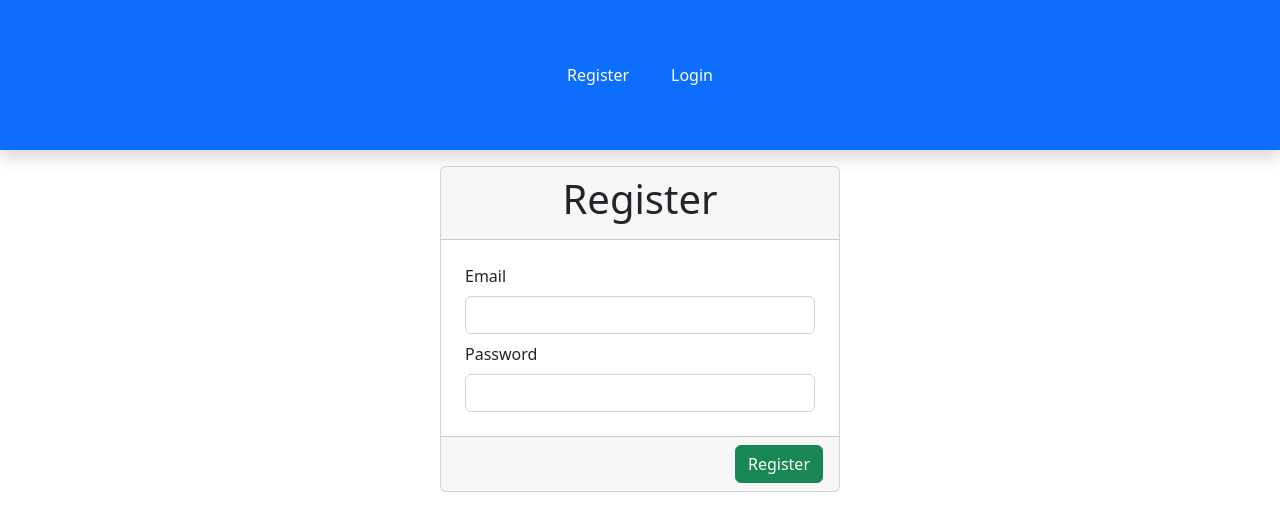
Repository: loveleii/firebase-login-logout
Page: /
The author's editor kept a copy of each file at every save. The page is drawn from the files as they stood at one save, then again after the next save.
The browser window is 1280 px wide. The pictures show the whole page.
The project was rebuilt for these pictures with package versions that can differ from the ones it lists, and the page was loaded fresh each time. Also part of the build but not shown: vite.config.ts, src/views/loginView.vue, src/assets/main.css.

Above is the page before, as saved 2023-03-04 19:43:47.

### src/main.js
import { createApp } from 'vue'
import { createPinia } from 'pinia'

import App from './App.vue'
import router from './router'
import "bootstrap/dist/css/bootstrap.min.css"
import bootstrap from "bootstrap/dist/js/bootstrap.bundle.js"

import './assets/main.css'

const app = createApp(App)

app.use(createPinia())
app.use(router)

app.mount('#app')

### src/App.vue
<script setup lang="ts">
import { RouterLink, RouterView } from 'vue-router'

</script>

<template>
  <div>
        <header class="bg-primary p-5 shadow">
            <div class="container_header">
                <div class="d-flex">
                    <RouterLink to="/" style="text-decoration: none;"><text class="text-white m-2 btn btn-primary">Register</text></RouterLink>
                    <RouterLink to="/login" style="text-decoration: none;"><text class="text-white m-2 btn btn-primary">Login</text></RouterLink>
                </div>
            </div>
        </header>
    </div>
    <div class="center_container m-3 rounded text-center">
      <RouterView />
    </div>

</template>

<style>
.container_header{
  display: grid;
  place-content: center;
}
.center_container{
  display: grid;
  place-content: center;
}

</style>

### src/router/index.js
import { createRouter, createWebHistory } from 'vue-router'
import registerView from '../views/registerView.vue'
import loginView from '../views/loginView.vue'

const router = createRouter({
  history: createWebHistory(import.meta.env.BASE_URL),
  routes: [
    {
      path: '/',
      name: 'reg',
      component: registerView
    },
    {
      path: '/login',
      name: 'log',
      component: loginView
    },

  ]
})

export default router

### src/views/registerView.vue
<template>
    <div class="card">
        <div class="card-header">
            <h1>Register</h1>
        </div>
        <div class="card-body float-left">
            <div class="form-group m-2">
                <label for="" class="form-label float-start">Email</label>
                <input type="text" name="" id="" class="form-control">
            </div>

            <div class="form-group m-2">
                <label for="" class="form-label float-start">Password</label>
                <input type="text" name="" id="" class="form-control">
            </div>

        </div>
        <div class="card-footer">
            <div class="form-group float-end">
                <button class="btn btn-success">Register</button>
            </div>
        </div>
    </div>
</template>

<script>


</script>
<style>
.card{
    width: 400px;
}
</style>

Loaded but not shown: index.html (common file)

After the next save:
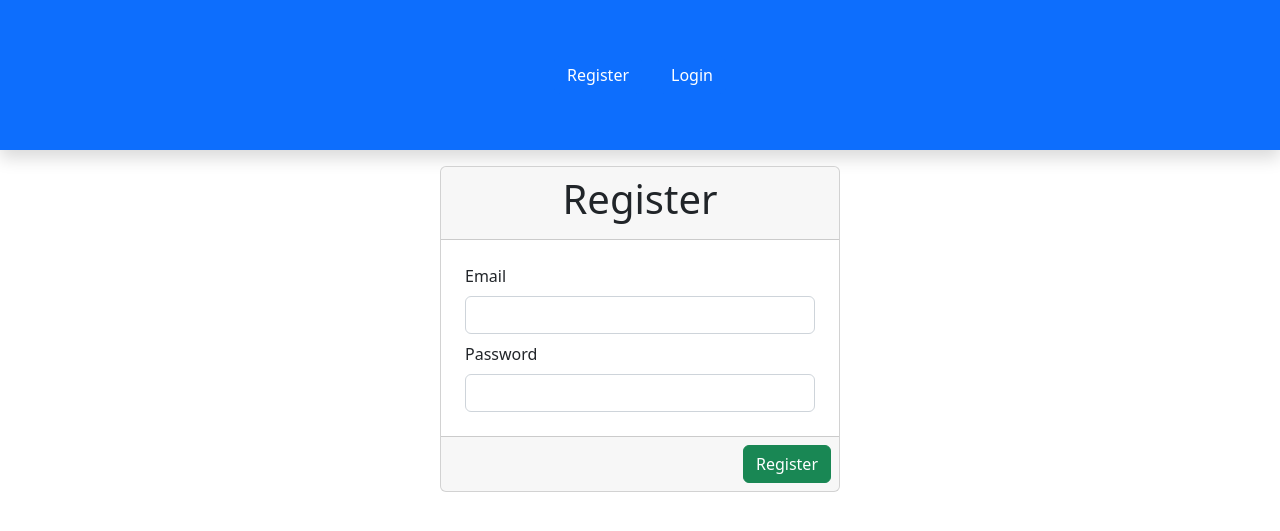
Saved 8 s later.
--- a/src/views/registerView.vue
+++ b/src/views/registerView.vue
@@ -15,7 +15,7 @@
             </div>
 
         </div>
-        <div class="card-footer">
+        <div class="card-footer p-2">
             <div class="form-group float-end">
                 <button class="btn btn-success">Register</button>
             </div>
